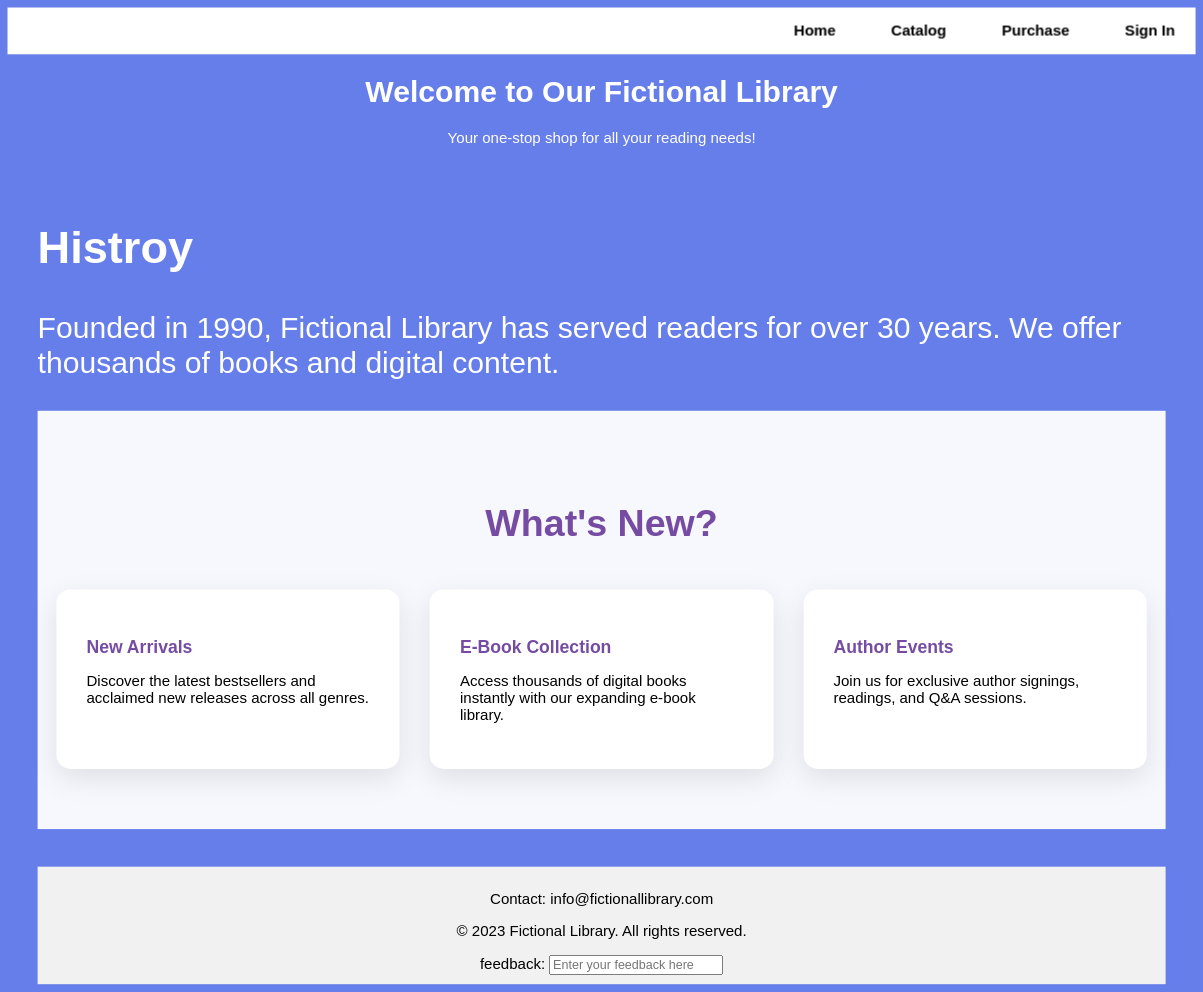
Repository: Ibrahim-Abohola/BookStore
Page: Homepage.html
These files come from the project's save history. The page is drawn as it stood at one moment and after the next save; the edit follows.
The browser window is 1280 px wide. The pictures show the whole page, at 94% of full size.

Above is the page before, as saved 2025-07-16 01:13:07.

### Homepage.html
<!DOCTYPE html>
<html lang="en">
    <head>
    <meta charset="UTF-8">
    <meta name="viewport" content="width=device-width, initial-scale=1.0">
    <title>Bookstore</title>
    <link rel="stylesheet" href="styles.css">
    </head>
    <body>
        <nav class="top-nav">
    <ul>
      <li><a href="Homepage.html">Home</a></li>
      <li><a href="catalog.html">Catalog</a></li>
      <li><a href="purchase.html">Purchase</a></li>
      <li><a href="signin.html">Sign In</a></li>
    </ul>
  </nav>
        <div class = "container">
        <header class = "hero">
            <h1>Welcome to Our Fictional Library</h1>
            <p>Your one-stop shop for all your reading needs!</p>
            <!--img src="bookstore.jpg" alt="Bookstore Image" class="hero-image"-->
        </header>
        <section class = "intro">
                <h2>Histroy</h2>
                    <p>Founded in 1990, Fictional Library has served readers for over 30 years. We offer thousands of books and digital content.</p>
        </section>
        <section class = "highlights">
            <div class="container">
                    <h2>What's New?</h2>
            <div class="highlight-grid">
                    <div class="highlight-card">
                        <h3>New Arrivals</h3>
                        <p>Discover the latest bestsellers and acclaimed new releases across all genres.</p>
                    </div>
                    <div class="highlight-card">
                        <h3>E-Book Collection</h3>
                        <p>Access thousands of digital books instantly with our expanding e-book library.</p>
                    </div>
                    <div class="highlight-card">
                        <h3>Author Events</h3>
                        <p>Join us for exclusive author signings, readings, and Q&A sessions.</p>
                    </div>
                </div>
            </div>
        </section>

        <footer>
            <p>Contact: info@fictionallibrary.com</p>
            <p>&copy; 2023 Fictional Library. All rights reserved.</p>
            <form action="#">
                <label for="feedback">feedback:</label>
                <input type="text" id="feedback" name="feedback" placeholder="Enter your feedback here">
            </form>
        </footer>
        </div>

    </body>
</html>

### styles.css
body {
    font-family: sans-serif;
    background-color: #667eea;
}

.container {
    max-width: 1200px;
    margin: 0 auto;
    padding: 0 20px;
}

nav {
    background: rgba(255, 255, 255, 0.95);
    backdrop-filter: blur(10px);
    padding: 1rem 0;
    position: fixed;
    width: 100%;
    top: 0;
    z-index: 1000;
}
nav.top-nav {
  display: flex;
  justify-content: flex-end;
  background: white;
  position: sticky;
  z-index: 1000;
}
nav.top-nav ul {
  display: flex;
  margin: 0;
  padding: 0;
}
nav.top-nav ul li {
  margin-left: 15px;
}
nav.top-nav ul li a {
  color: black;
  font-weight: bold;
  padding: 8px 12px;
}
nav.top-nav ul li a:hover {
  background-color: #147749ea;
  border-radius: 4px;
}

nav .container {
    display: flex;
    justify-content: space-between;
    align-items: center;
}

nav ul {
    display: flex;
    list-style: none;
    background:white;

}

nav ul li a {
    color: white;
    margin: 0 10px;
    text-decoration: none;
}

.hero {
    color: white;
    text-align: center;
}
.intro {
    color: white;
    font-size: 2rem;
    margin-bottom: 1rem;
    margin-top: 80px;
}

.highlights {
    padding: 4rem 0;
    background: rgba(255, 255, 255, 0.95);
}

.highlights h2 {
    text-align: center;
    margin-bottom: 3rem;
    color: #764ba2;
    font-size: 2.5rem;
}

.highlight-grid {
    display: grid;
    grid-template-columns: repeat(auto-fit, minmax(300px, 1fr));
    width: 100%;
    gap: 2rem;
}

.highlight-card {
    background: white;
    padding: 2rem;
    border-radius: 15px;
    box-shadow: 0 10px 30px rgba(0, 0, 0, 0.1);
    transition: transform 0.3s ease;
}

.highlight-card h3 {
    color: #764ba2;
    margin-bottom: 1rem;
}

.signin-container {
    display: flex;
    justify-content: center;
    align-items: center;
    min-height: calc(100vh - 80px);
}

.signin-form {
    background: rgba(255, 255, 255, 0.95);
    padding: 3rem;
    border-radius: 20px;
    box-shadow: 0 15px 35px rgba(0, 0, 0, 0.1);
    width: 100%;
    max-width: 400px;
    backdrop-filter: blur(10px);
}

.signin-form h2 {
    text-align: center;
    margin-bottom: 2rem;
    color: #764ba2;
    font-size: 2rem;
}

.form-group {
    margin-bottom: 1.5rem;
}

.form-group label {
    display: block;
    margin-bottom: 0.5rem;
    font-weight: 500;
}

.form-group input {
    width: 100%;
    padding: 0.8rem;
    border: 2px solid #e0e0e0;
    border-radius: 10px;
    font-size: 1rem;
    transition: border-color 0.3s ease;
}

.form-group input:focus {
    outline: none;
    border-color: #764ba2;
}

.signin-btn {
    width: 100%;
    padding: 1rem;
    background: linear-gradient(135deg, #667eea 0%, #764ba2 100%);
    color: white;
    border: none;
    border-radius: 10px;
    font-size: 1.1rem;
    font-weight: 600;
    cursor: pointer;
    transition: transform 0.3s ease;
}

.signin-btn:hover {
    transform: translateY(-2px);
}

.catalog {
    display: flex;
    flex-wrap: wrap;
    gap: 20px;
    padding: 20px;
}

.catalog-header {
    padding: 2rem 0;
    background: rgba(255, 255, 255, 0.95);
    text-align: center;
}

.catalog-header h1 {
    color: #764ba2;
    font-size: 2.5rem;
    margin-bottom: 1rem;
}

.books-grid {
    display: grid;
    grid-template-columns: repeat(auto-fit, minmax(300px, 1fr));
    gap: 2rem;
    padding: 2rem 0;
}

.book-card {
    background: rgba(255, 255, 255, 0.95);
    border-radius: 15px;
    overflow: hidden;
    box-shadow: 0 10px 30px rgba(0, 0, 0, 0.1);
    transition: transform 0.3s ease;
}

.book-card:hover {
    transform: translateY(-5px);
}

.book-cover {
    width: 100%;
    height: 300px;
    background: linear-gradient(135deg, #667eea, #764ba2);
    display: flex;
    align-items: center;
    justify-content: center;
    color: white;
    font-size: 1.2rem;
    font-weight: bold;
}

.book-info {
    padding: 1.5rem;
}

.book-title {
    font-size: 1.3rem;
    font-weight: bold;
    margin-bottom: 0.5rem;
    color: #333;
}

.book-author {
    color: #666;
    margin-bottom: 0.5rem;
}

.book-genre {
    background: #764ba2;
    color: white;
    padding: 0.3rem 0.8rem;
    border-radius: 20px;
    font-size: 0.9rem;
    display: inline-block;
    margin-bottom: 1rem;
}

.availability {
    font-weight: bold;
    margin-bottom: 1rem;
}

.available {
    color: #28a745;
}

.unavailable {
    color: #dc3545;
}

.purchase-btn {
    width: 100%;
    padding: 0.8rem;
    background: linear-gradient(135deg, #667eea, #764ba2);
    color: white;
    border: none;
    border-radius: 10px;
    font-weight: 600;
    cursor: pointer;
    transition: transform 0.3s ease;
}

.purchase-btn:hover {
    transform: translateY(-2px);
}

.purchase-btn:disabled {
    background: #ccc;
    cursor: not-allowed;
    transform: none;
}

.purchase-container {
    padding: 2rem 0;
    min-height: calc(100vh - 80px);
}

.purchase-content {
    display: grid;
    grid-template-columns: 1fr 1fr;
    gap: 3rem;
    max-width: 1000px;
    margin: 0 auto;
}

.book-details {
    background: rgba(255, 255, 255, 0.95);
    padding: 2rem;
    border-radius: 15px;
    box-shadow: 0 10px 30px rgba(0, 0, 0, 0.1);
}

.purchase-form-container {
    background: rgba(255, 255, 255, 0.95);
    padding: 2rem;
    border-radius: 15px;
    box-shadow: 0 10px 30px rgba(0, 0, 0, 0.1);
}

.purchase-form h2 {
    color: #764ba2;
    margin-bottom: 1.5rem;
}

.price {
    font-size: 1.5rem;
    font-weight: bold;
    color: #764ba2;
    margin: 1rem 0;
}

.book {
    border: 1px solid #ccc;
    padding: 10px;
    width: calc(33.333% - 40px);
}

footer {
    margin-top: 40px;
    padding: 10px;
    background: #f1f1f1;
    text-align: center;
}

After the next save:
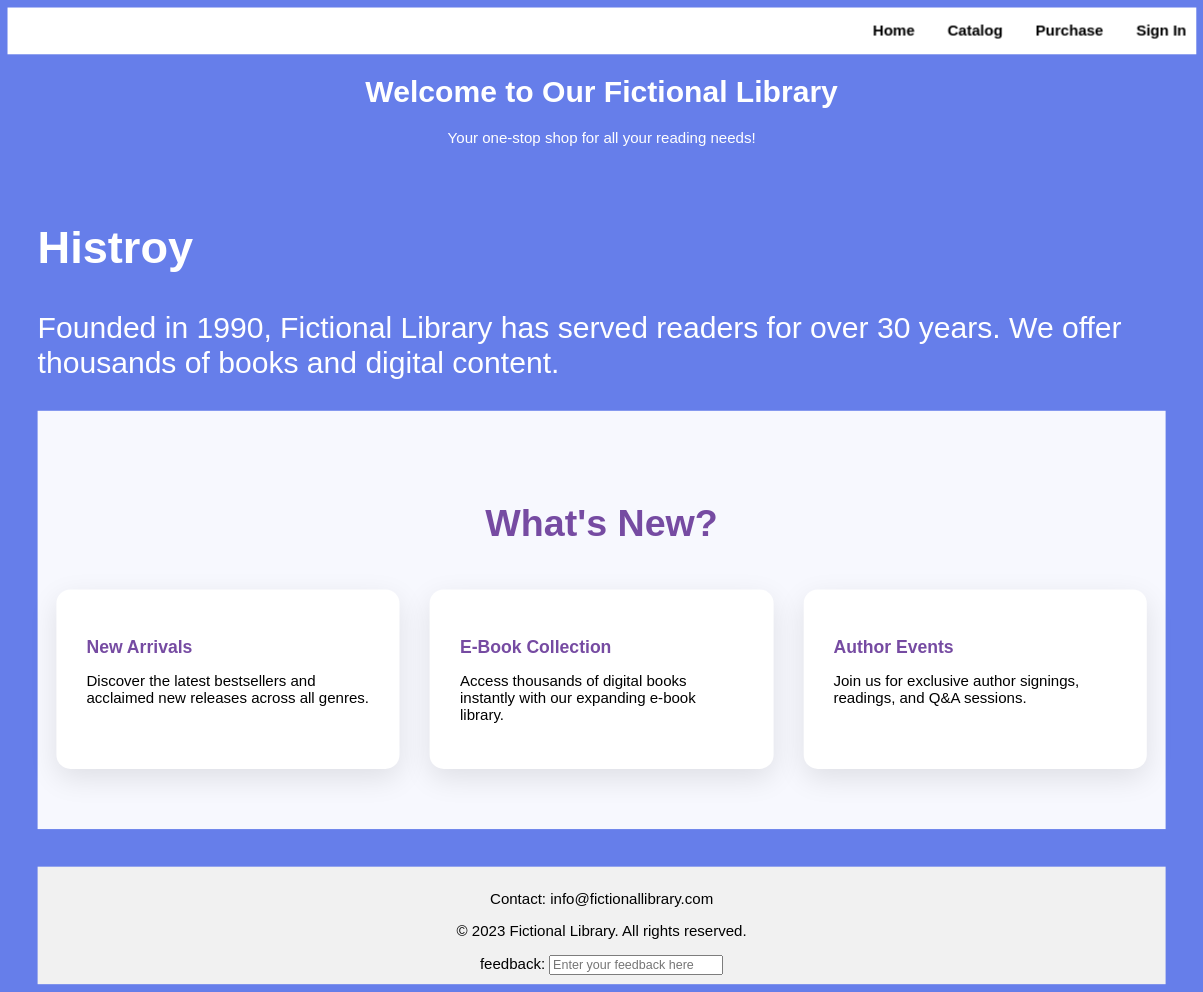
Saved 13 s later.
--- a/styles.css
+++ b/styles.css
@@ -36,7 +36,7 @@
 nav.top-nav ul li a {
   color: black;
   font-weight: bold;
-  padding: 8px 12px;
+
 }
 nav.top-nav ul li a:hover {
   background-color: #147749ea;
